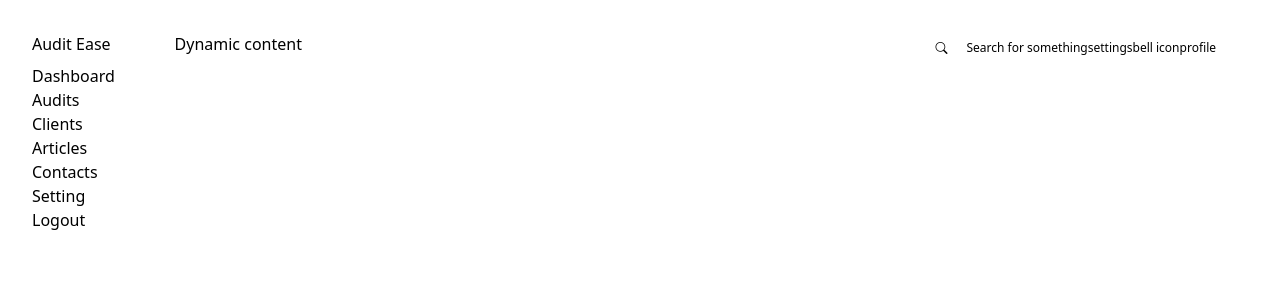
Repository: EclipticCode/Audit-Ease-FE
Page: /
An editor plug-in stored every save of this project. The page is shown before and after a run of saves, followed by the edit.
The browser window is 1280 px wide. The pictures show the whole page.
Some web libraries are served in a nearby version. The project was rebuilt for these pictures with package versions that can differ from the ones it lists, and the page was loaded fresh each time. Also part of the build but not shown: vite.config.js, Login.jsx, src/Navbar.jsx.

Above is the page before, as saved 2025-03-27 21:11:59.

After the next 2 saves:
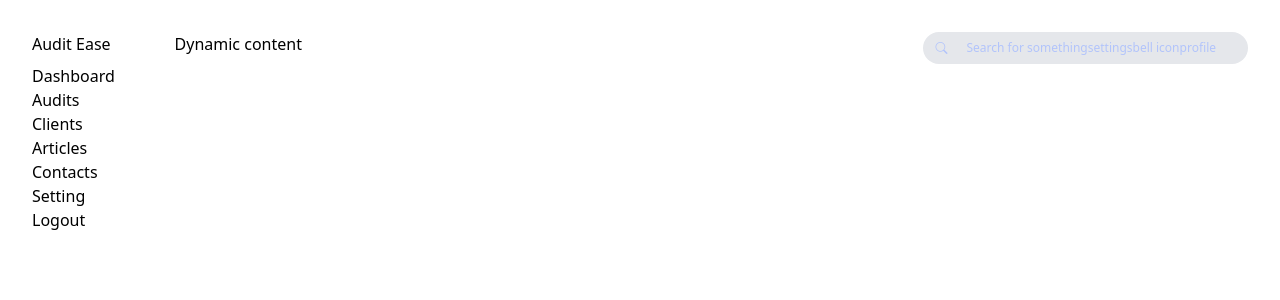
The 2 saves are shown as one change because they came seconds apart.
The last was saved 5 s later.
--- a/src/NavandSideBar.jsx
+++ b/src/NavandSideBar.jsx
@@ -8,7 +8,7 @@ const NavandSideBar = () => {
             <div>Audit Ease</div>
             <div className='ml-16'>Dynamic content</div>
             </div>
-            <div className='"bg-gray-200 flex items-center justify-center rounded-full text-xs pl-3 pr-8 py-4 w-auto h-4 text-soft-primary"'>
+            <div className='bg-gray-200 flex items-center justify-center rounded-full text-xs pl-3 pr-8 py-4 w-auto h-4 text-soft-primary'>
             <div className="">
               <span><i className="bi bi-search pr-4"></i></span> <span>Search for something</span>
             </div>
